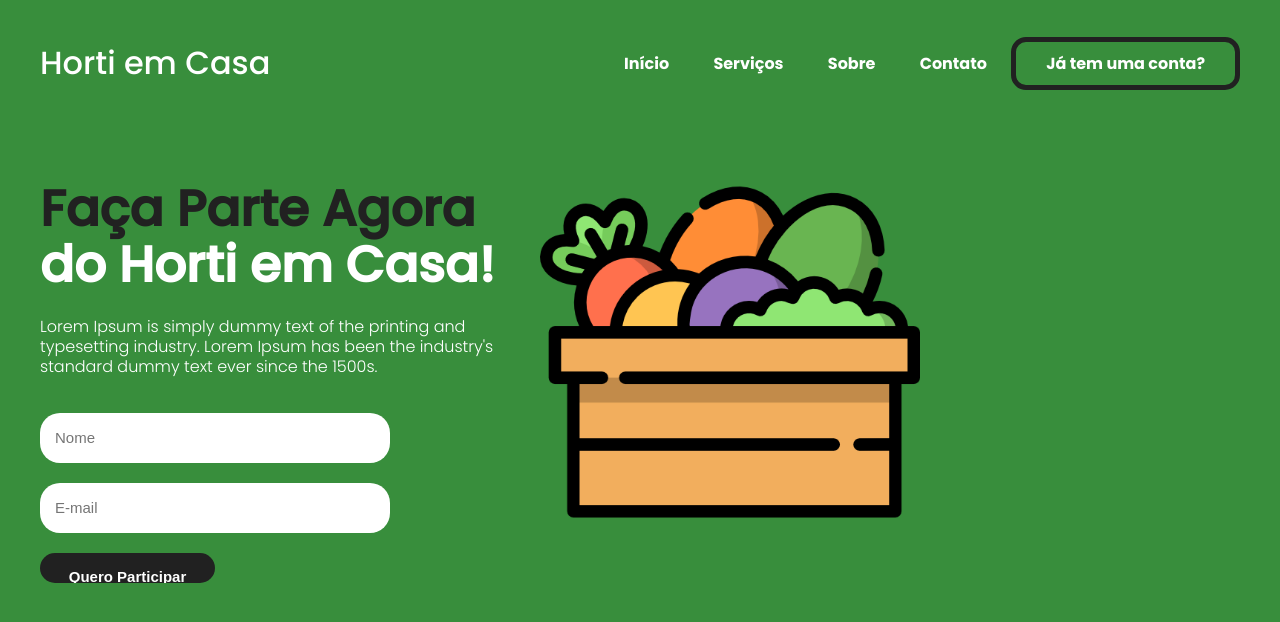
Repository: gabrielcastroo/horti-em-casa
Page: index.html
The author's editor kept a copy of each file at every save. The page is drawn from the files as they stood at one save, then again after the next save.
The browser window is 1280 px wide. The pictures show the whole page.

Above is the page before, as saved 2022-04-13 10:38:50.

After the next save:
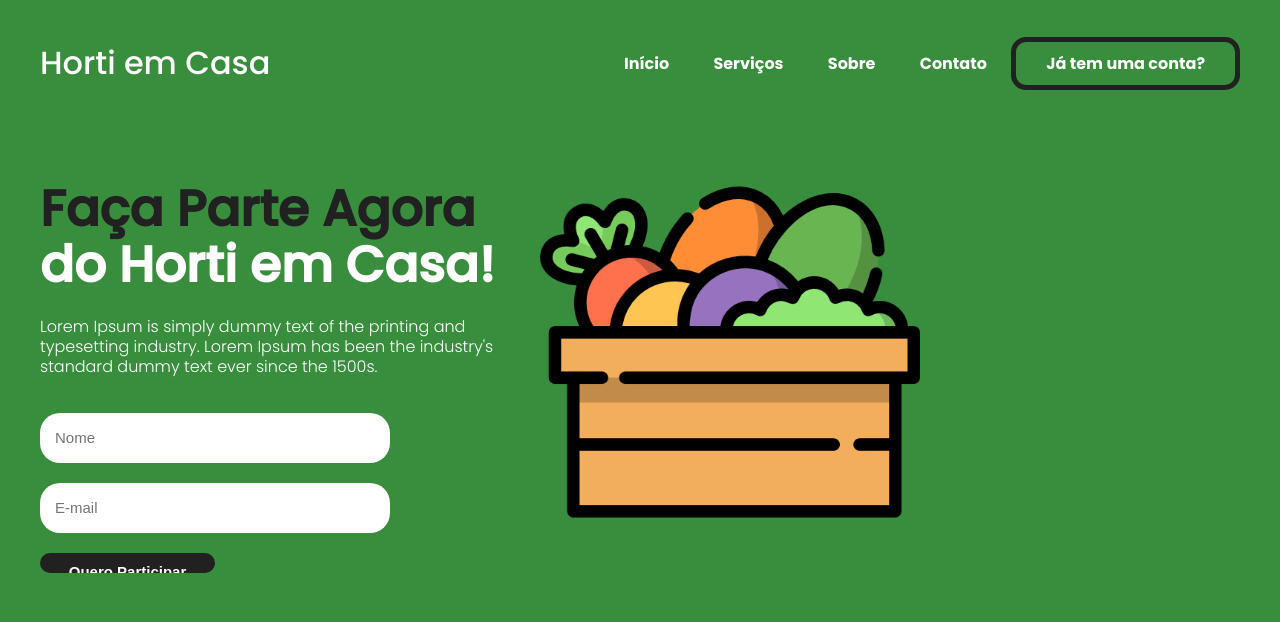
Saved 61 s later.
--- a/styles/style.css
+++ b/styles/style.css
@@ -91,7 +91,7 @@
     background-color: rgb(33,33,33);
     color: white;
     font-weight: bold;
-    align-items: center;
+    padding: 10px;
 }
 
 #submit:hover {
